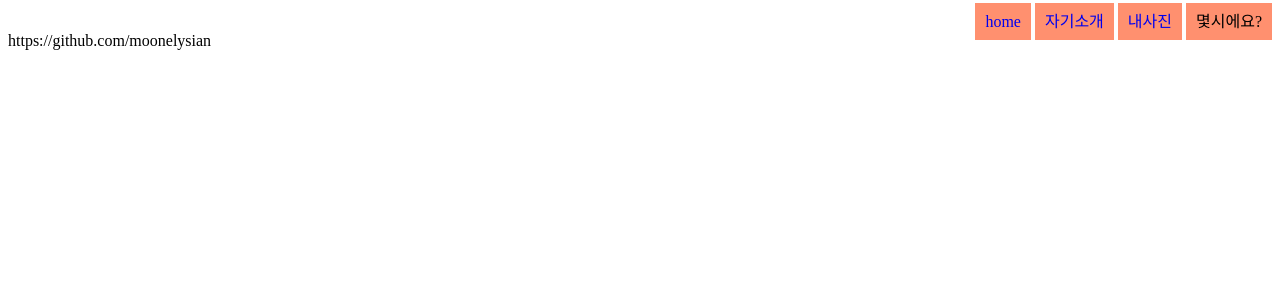
Repository: moonelysian/edwith-
Page: BE_PJT1-1/WebContent/index.html
An editor plug-in stored every save of this project. The page is shown before and after the next save, followed by the edit.
The browser window is 1280 px wide. The pictures show the whole page.

Above is the page before, as saved 2019-08-07 05:04:33.

After the next save:
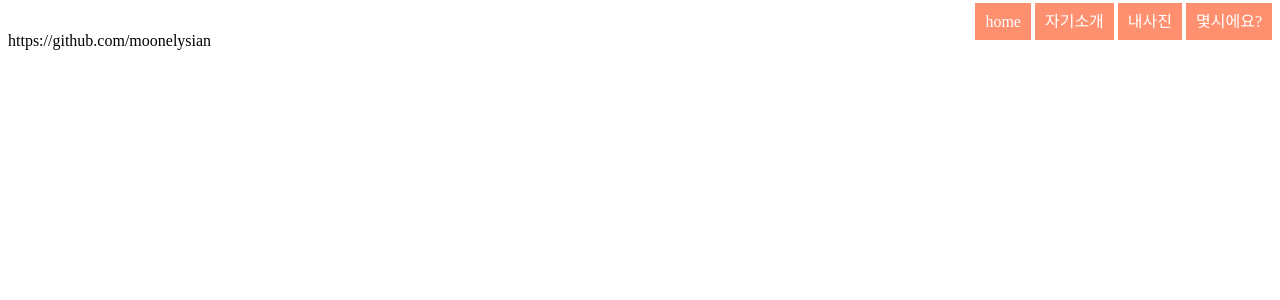
Saved 47 s later.
--- a/BE_PJT1-1/WebContent/style.css
+++ b/BE_PJT1-1/WebContent/style.css
@@ -2,6 +2,7 @@
 nav { text-align: right; }
 a {
 	background-color:  hsla(14, 100%, 53%, 0.6);
+	color: white;
 	padding: 10px;
 	text-decoration: none;
 }
